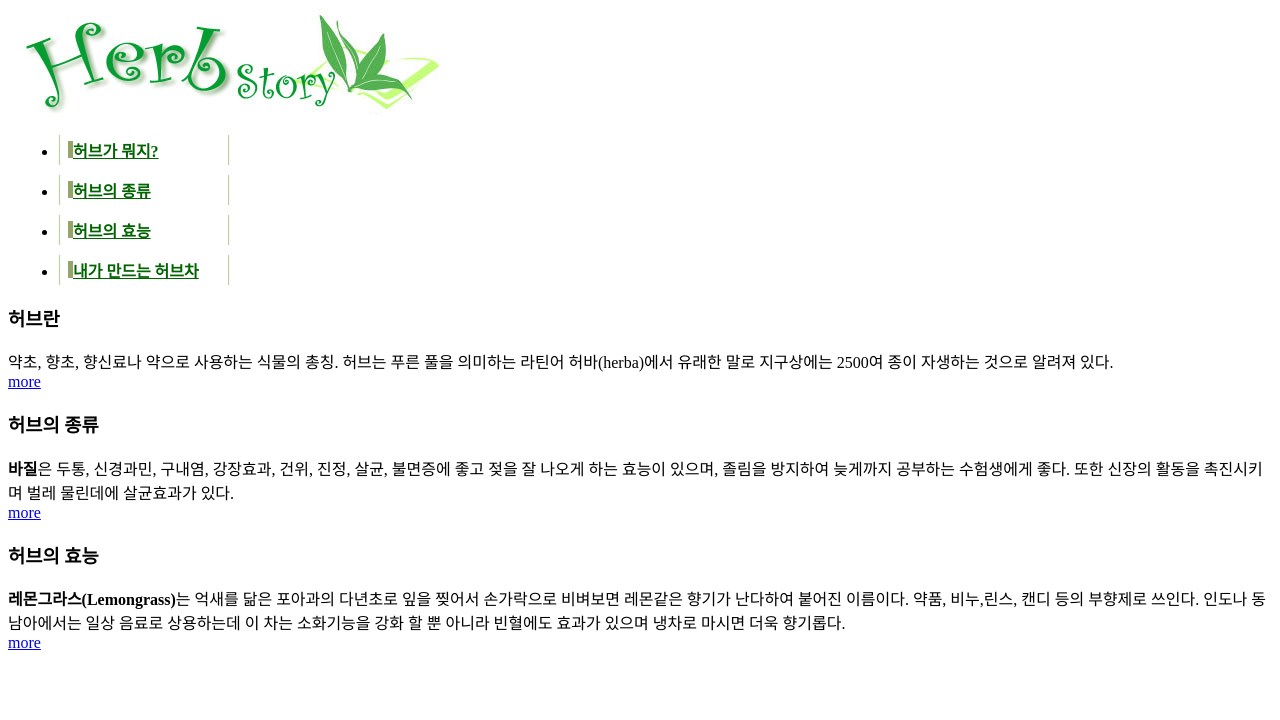
Repository: gus-123/Edu_KCC_HTML
Page: CSS/WebContent/menu2.htm
The author's editor kept a copy of each file at every save. The page is drawn from the files as they stood at one save, then again after the next save.
The browser window is 1280 px wide. The pictures show the whole page.

Above is the page before, as saved 2024-07-09 07:18:53.

After the next save:
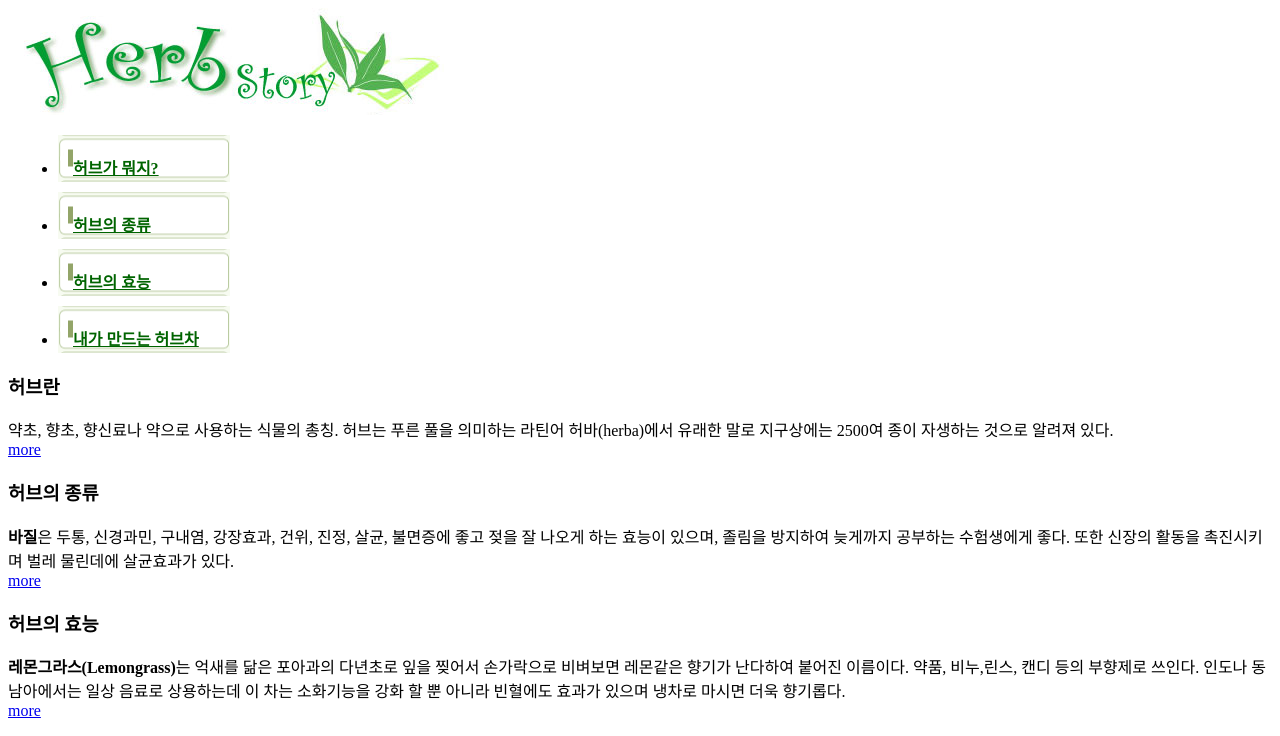
Saved 19 s later.
--- a/CSS/WebContent/menu2.htm
+++ b/CSS/WebContent/menu2.htm
@@ -10,6 +10,7 @@
 	background-image: url("./images/menu_bg.gif");
 	background-repeat: repeat-y;
 	background-position: left center;
+	padding-top:20px;
 	margin: 10px;
 }
 
